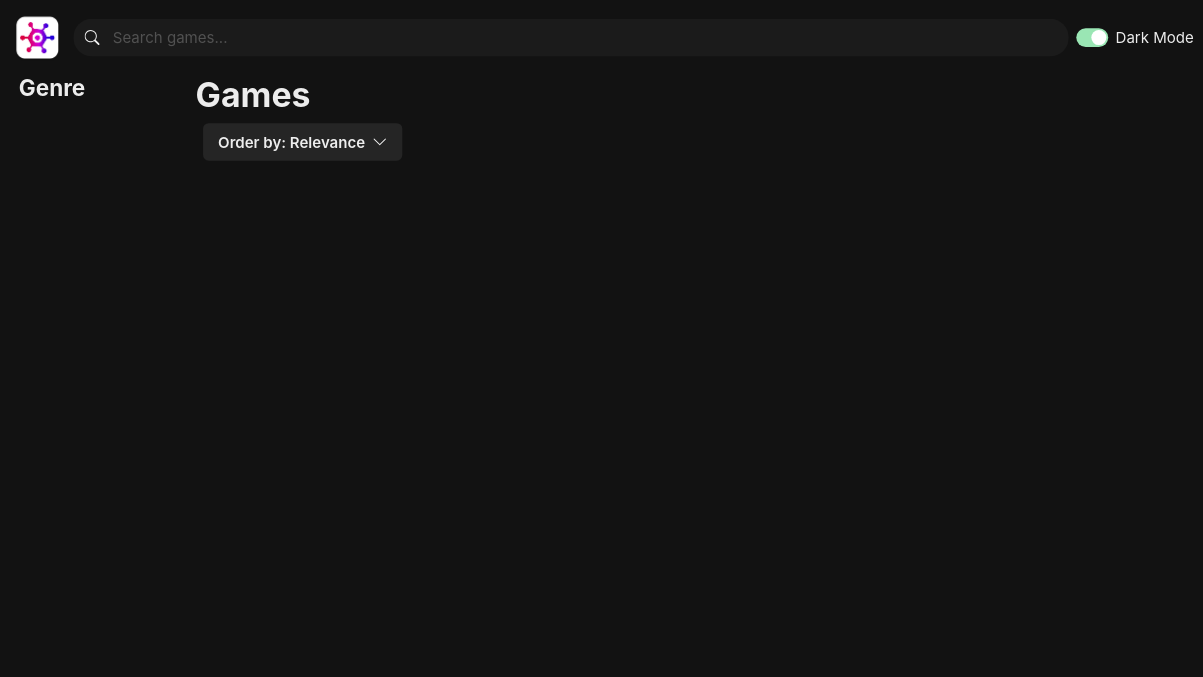
Repository: heyCaroline/game-hub
Page: /
An editor plug-in stored every save of this project. The page is shown before and after the next save, followed by the edit.
The browser window is 1280 px wide. The pictures show the whole page, at 94% of full size.
Pictures or frames that could not be fetched are drawn as grey boxes. The page's requests for data from a server got no answer. The project was rebuilt for these pictures with package versions that can differ from the ones it lists, and the page was loaded fresh each time. No one was signed in, and anything a server would have sent is missing. Also part of the build but not shown: vite.config.ts, src/components/PlatformIconList.tsx, src/components/CriticScore.tsx, src/components/GameCard.tsx.

Above is the page before, as saved 2025-05-23 22:21:38.

After the next save:
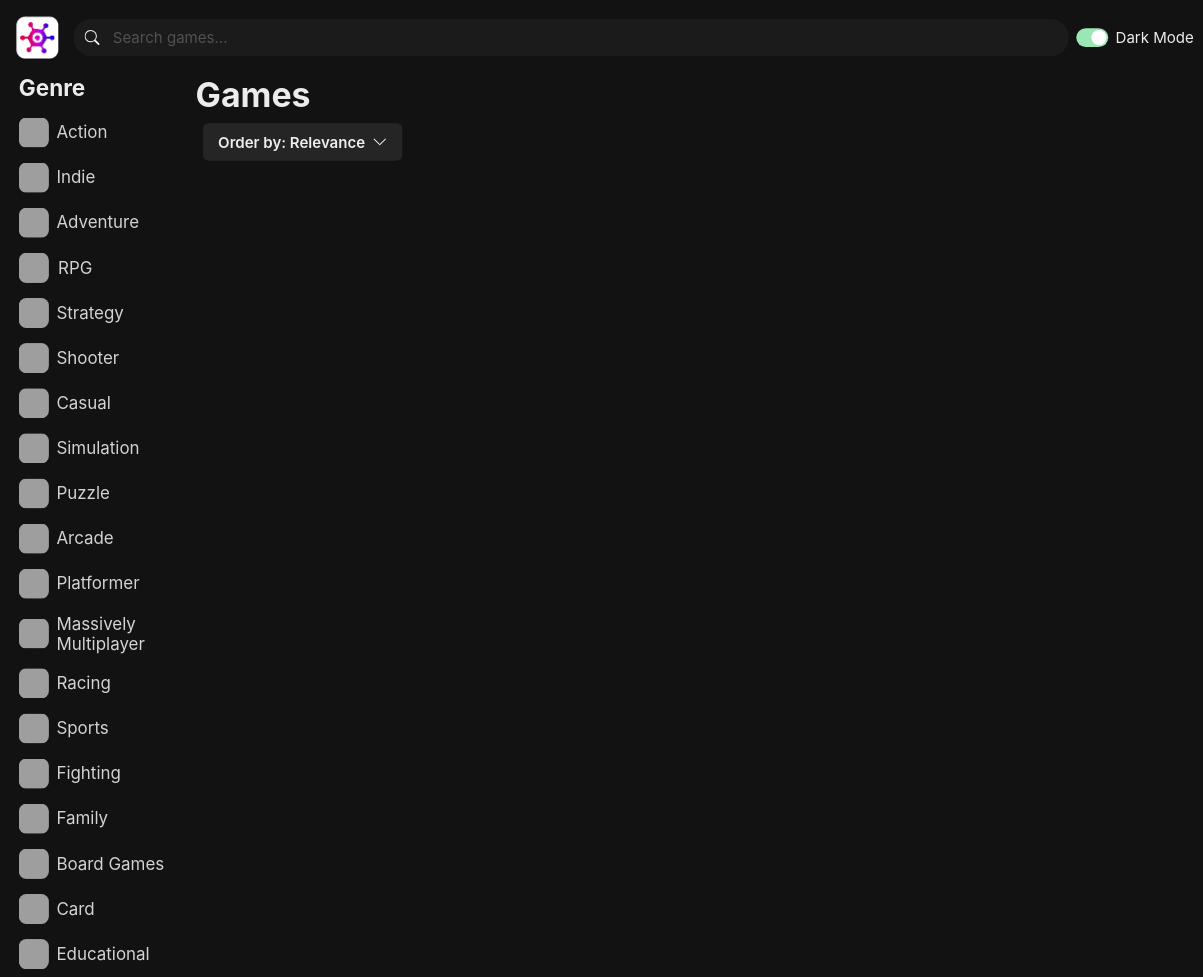
Saved 15 s later.
--- a/src/hooks/useGenres.ts
+++ b/src/hooks/useGenres.ts
@@ -1,9 +1,16 @@
 import useData from "./useData";
-
+import staticGenres from "../data/genres";
 export interface Genres {
   id: number;
   name: string;
   image_background: string;
 }
-const useGenres = () => useData<Genres>("/genres");
+// const useGenres = () => useData<Genres>("/genres");
+const useGenres = () => {
+  return {
+    data: staticGenres as Genres[],
+    isLoading: false,
+    error: null,
+  };
+};
 export default useGenres;
